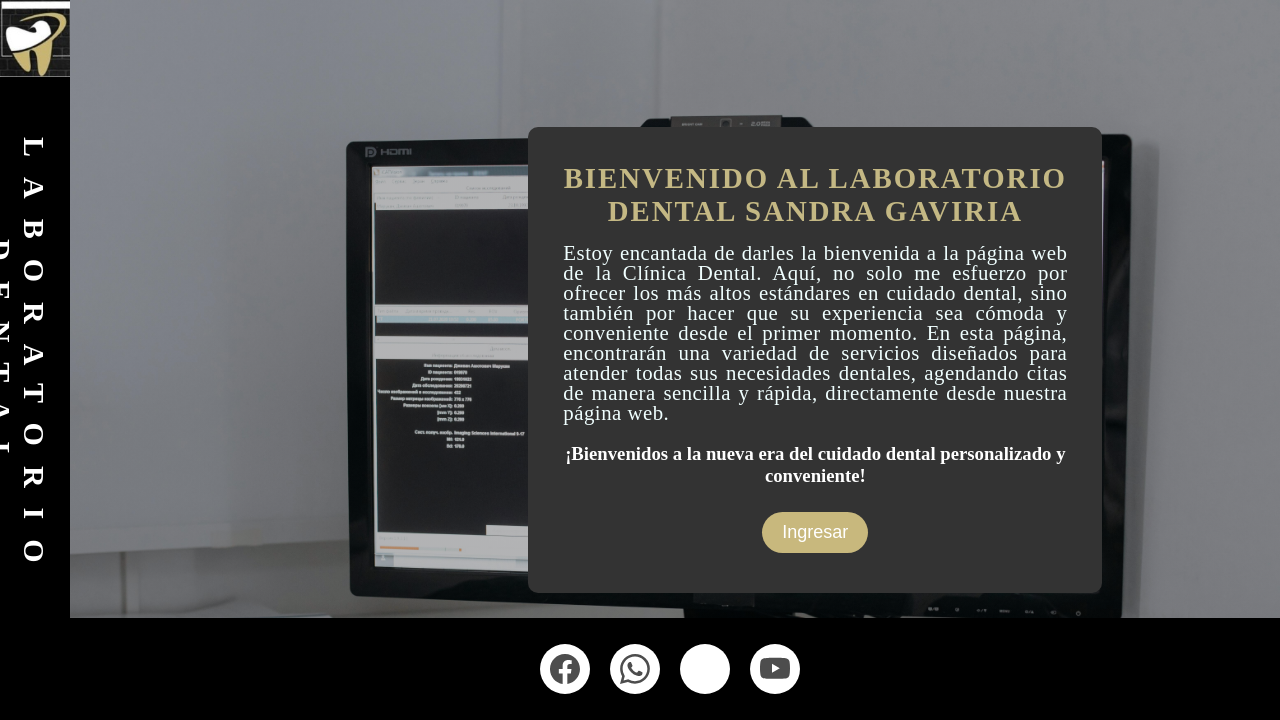
Repository: IIntef/ProyectoDental2.0
Page: Proyecto/Proyecto/Fer.html
The author's editor kept a copy of each file at every save. The page is drawn from the files as they stood at one save, then again after the next save.
The browser window is 1280 px wide. The pictures show the whole page.

Above is the page before, as saved 2024-06-20 16:43:27.

### Proyecto/Proyecto/Fer.html
<!DOCTYPE html>
<html lang="en">
<head>
    <meta charset="UTF-8">
    <meta name="viewport" content="width=device-width, initial-scale=1.0">
    <title>Inicio</title>
    <link rel="stylesheet" href="StyleFer.css">
<body>
    <header>
        <img src="Logo.jpeg" alt="Logo Laboratorio Dental">
        <h1>LABORATORIO DENTAL</h1>
    </header>
    <main>
        <div class="container">
            <h2>BIENVENIDO AL LABORATORIO DENTAL SANDRA GAVIRIA</h2>
            <p>Estoy encantada de darles la bienvenida a la página web de la Clínica Dental. Aquí, no solo me esfuerzo por ofrecer los más altos estándares
            en cuidado dental, sino también por hacer que su experiencia sea cómoda y conveniente desde el primer momento.
            En esta página, encontrarán una variedad de servicios diseñados para atender todas sus necesidades dentales, agendando citas de manera sencilla y rápida, directamente desde nuestra página web.</p>
            <h3>¡Bienvenidos a la nueva era del cuidado dental personalizado y conveniente!</h3>
            <div class="buttons">
                <button id="Ingresar">Ingresar</button>
            </div>
        </div>
    </main>
    <footer>
        <ul class="example-2">
            <li class="icon-content">
            <a
                href="https://www.facebook.com/profile.php?id=100042873386422&mibextid=ZbWKwL"
                aria-label="Facebook"
                data-social="Facebook">
                <div class="filled"></div>
                <svg xmlns="http://www.w3.org/2000/svg" width="16" height="16" fill="currentColor" class="bi bi-facebook" viewBox="0 0 16 16">
                    <path d="M16 8.049c0-4.446-3.582-8.05-8-8.05C3.58 0-.002 3.603-.002 8.05c0 4.017 2.926 7.347 6.75 7.951v-5.625h-2.03V8.05H6.75V6.275c0-2.017 1.195-3.131 3.022-3.131.876 0 1.791.157 1.791.157v1.98h-1.009c-.993 0-1.303.621-1.303 1.258v1.51h2.218l-.354 2.326H9.25V16c3.824-.604 6.75-3.934 6.75-7.951"/>
                </svg>
            </a>
            <div class="tooltip">Facebook</div>
            </li>
            <li class="icon-content">
            <a href="#" aria-label="Whatsapp" data-social="Whatsapp">
                <div class="filled"></div>
                <svg xmlns="http://www.w3.org/2000/svg" width="16" height="16" fill="currentColor" class="bi bi-whatsapp" viewBox="0 0 16 16">
                    <path d="M13.601 2.326A7.85 7.85 0 0 0 7.994 0C3.627 0 .068 3.558.064 7.926c0 1.399.366 2.76 1.057 3.965L0 16l4.204-1.102a7.9 7.9 0 0 0 3.79.965h.004c4.368 0 7.926-3.558 7.93-7.93A7.9 7.9 0 0 0 13.6 2.326zM7.994 14.521a6.6 6.6 0 0 1-3.356-.92l-.24-.144-2.494.654.666-2.433-.156-.251a6.56 6.56 0 0 1-1.007-3.505c0-3.626 2.957-6.584 6.591-6.584a6.56 6.56 0 0 1 4.66 1.931 6.56 6.56 0 0 1 1.928 4.66c-.004 3.639-2.961 6.592-6.592 6.592m3.615-4.934c-.197-.099-1.17-.578-1.353-.646-.182-.065-.315-.099-.445.099-.133.197-.513.646-.627.775-.114.133-.232.148-.43.05-.197-.1-.836-.308-1.592-.985-.59-.525-.985-1.175-1.103-1.372-.114-.198-.011-.304.088-.403.087-.088.197-.232.296-.346.1-.114.133-.198.198-.33.065-.134.034-.248-.015-.347-.05-.099-.445-1.076-.612-1.47-.16-.389-.323-.335-.445-.34-.114-.007-.247-.007-.38-.007a.73.73 0 0 0-.529.247c-.182.198-.691.677-.691 1.654s.71 1.916.81 2.049c.098.133 1.394 2.132 3.383 2.992.47.205.84.326 1.129.418.475.152.904.129 1.246.08.38-.058 1.171-.48 1.338-.943.164-.464.164-.86.114-.943-.049-.084-.182-.133-.38-.232"/>
                </svg>
            </a>
            <div class="tooltip">Whatsapp</div>
            </li>
            <li class="icon-content">
            <a
                href="https://maps.app.goo.gl/ANEuUgRV9diJPPBv7"
                aria-label="Mapa"
                data-social="Mapa">
                <div class="filled"></div>

            </a>
            <div class="tooltip">Mapa</div>
            </li>
            <li class="icon-content">
            <a href="https://youtube.com/" aria-label="Youtube" data-social="youtube">
                <div class="filled"></div>
                <svg
                xmlns="http://www.w3.org/2000/svg"
                width="16"
                height="16"
                fill="currentColor"
                class="bi bi-youtube"
                viewBox="0 0 16 16"
                xml:space="preserve">
                <path
                    d="M8.051 1.999h.089c.822.003 4.987.033 6.11.335a2.01 2.01 0 0 1 1.415 1.42c.101.38.172.883.22 1.402l.01.104.022.26.008.104c.065.914.073 1.77.074 1.957v.075c-.001.194-.01 1.108-.082 2.06l-.008.105-.009.104c-.05.572-.124 1.14-.235 1.558a2.01 2.01 0 0 1-1.415 1.42c-1.16.312-5.569.334-6.18.335h-.142c-.309 0-1.587-.006-2.927-.052l-.17-.006-.087-.004-.171-.007-.171-.007c-1.11-.049-2.167-.128-2.654-.26a2.01 2.01 0 0 1-1.415-1.419c-.111-.417-.185-.986-.235-1.558L.09 9.82l-.008-.104A31 31 0 0 1 0 7.68v-.123c.002-.215.01-.958.064-1.778l.007-.103.003-.052.008-.104.022-.26.01-.104c.048-.519.119-1.023.22-1.402a2.01 2.01 0 0 1 1.415-1.42c.487-.13 1.544-.21 2.654-.26l.17-.007.172-.006.086-.003.171-.007A100 100 0 0 1 7.858 2zM6.4 5.209v4.818l4.157-2.408z"
                    fill="currentColor"
                ></path>
                </svg>
            </a>
            <div class="tooltip">Youtube</div>
            </li>
        </ul>
    </footer>
</body>
</html>

### Proyecto/Proyecto/StyleFer.css
header{
    position: relative;
    background-color: #000000;
    width: fit-content;
    height: 100vh;
    display: flex;
    flex-direction: column;
    align-items: center;
    justify-content: space-between;
    z-index: 1;
}

header h1 {
        position: absolute;
        top: 0;
        bottom: 0;
        left: 0;
        right: 0;
        margin: 27%;
        writing-mode: vertical-rl;
        letter-spacing: 20px;
        font-size: 30px;
        transform: rotate(0deg);
        color: #fff;
        font-weight: bold;
    }


header img {
    width: 8vw;
    max-width: 70px;
}

main{
    width: 100%;
    justify-content:center;
    align-items: center;
    margin-left: calc(55% - 6.5cm);
}

.container{
    flex: 1;
    background-color: #333;
    color: #ffffff;
    padding: 35px;
    text-align: center;
    width: 70vw;
    max-width: 70vh;
    border-radius: 10px;
}
body {
    padding: 0;
    margin: 0;
    font-family: 'Times New Roman', Times, serif, Helvetica, Arial, sans-serif;
    display: flex;
    align-items: center;
    min-height: 100%;
    background: linear-gradient(rgba(5,7,12,0.3), rgba(5,7,12,0.3)), url("Fondo.jpg"), no-repeat center center fixed;
    width: 100%;
    background-size: cover;
}

h1{
    margin: 0;
    color: white;
    font-family: 'Fredoka One', cursive;
    letter-spacing: 2px;
    font-size: clamp(1.5rem, 2.5vw, 2rem);
    text-align: center;
}

h2{
    margin: 0;
    color: #c4b884;
    font-family: 'Fredoka One';
    letter-spacing: 2px;
    font-size: clamp(1.2rem, 2.5vw, 1.8rem);
    text-align:center;
}

h3{
    color: #ffffff;
}

p{
    font-weight: 100;
    line-height: 20px;
    letter-spacing: 0.5px;
    margin: 15px 0 20px;
    font-size: clamp(1.2rem, 2.5vw, 1.3rem);
    text-align: justify;
    color:azure;
}


.buttons {
    margin-top: 20px;
    align-items: center;
}

button {
    font-size: large;
    background-color: #c8b87d;
    color: #ffffff;
    border: none;
    padding: 10px 20px;
    margin: 5px;
    cursor: pointer;
    border-radius: 30px; /* Bordes redondos */
    transition: background-color 0.3s; /* Transición suave del color de fondo */
}

button:hover {
    background-color: #c4b884; /* Cambia el color al pasar el cursor */
}

footer{
    position: fixed; /* Fijar el pie de página */
    bottom: 0; /* Alinearlo al fondo */
    left: 0; /* Alinearlo a la izquierda */
    width: 100%; /* Ocupar todo el ancho */
    background-color: #000000; /* Color de fondo */
    padding: 10px; /* Espaciado interior */
    text-align: right; /* Alinear contenido a la derecha */
    color: #ffffff; /* Color del texto */
}
h6{
    text-align: center;
    letter-spacing: 0cap;
}

footer img {
    width: 8vw;
    max-width: 70px;
}

iframe img{
    width: 8vw;
    max-width: 70px;
}

ul {
    list-style: none;
}

.example-2 {
    display: flex;
    justify-content: center;
    align-items: center;
}

.example-2 .icon-content {
    margin: 0 10px;
    position: relative;
}
.example-2 .icon-content .tooltip {
    position: absolute;
    top: -30px;
    left: 50%;
    transform: translateX(-50%);
    color: #fff;
    padding: 6px 10px;
    border-radius: 5px;
    opacity: 0;
    visibility: hidden;
    font-size: 14px;
    transition: all 0.3s ease;
}

.example-2 .icon-content:hover .tooltip {
    opacity: 1;
    visibility: visible;
    top: -50px;
}
.example-2 .icon-content a {
    position: relative;
    overflow: hidden;
    display: flex;
    justify-content: center;
    align-items: center;
    width: 50px;
    height: 50px;
    border-radius: 50%;
    color: #4d4d4d;
    background-color: #fff;
    transition: all 0.3s ease-in-out;
}

.example-2 .icon-content a:hover {
    box-shadow: 3px 2px 45px 0px rgb(0 0 0 / 12%);
}

.example-2 .icon-content a svg {
    position: relative;
    z-index: 1;
    width: 30px;
    height: 30px;
}

.example-2 .icon-content a:hover {
    color: white;
}

.example-2 .icon-content a .filled {
    position: absolute;
    top: auto;
    bottom: 0;
    left: 0;
    width: 100%;
    height: 0;
    background-color: #000;
    transition: all 0.3s ease-in-out;
}

.example-2 .icon-content a:hover .filled {
    height: 100%;
}

.example-2 .icon-content a[data-social="Facebook"] .filled,
.example-2 .icon-content a[data-social="Facebook"] ~ .tooltip {
    background-color: #142fcc;
}

.example-2 .icon-content a[data-social="Whatsapp"] .filled,
.example-2 .icon-content a[data-social="Whatsapp"] ~ .tooltip {
    background-color: #37943c;
}
.example-2 .icon-content a[data-social="Mapa"] .filled,
.example-2 .icon-content a[data-social="Mapa"] ~ .tooltip {
    background: linear-gradient(
    45deg,
    #405de6,
    #5b51db,
    #b33ab4,
    #c135b4,
    #e1306c,
    #fd1f1f
    );
}
.example-2 .icon-content a[data-social="youtube"] .filled,
.example-2 .icon-content a[data-social="youtube"] ~ .tooltip {
    background-color: #ff0000;
}

After the next save:
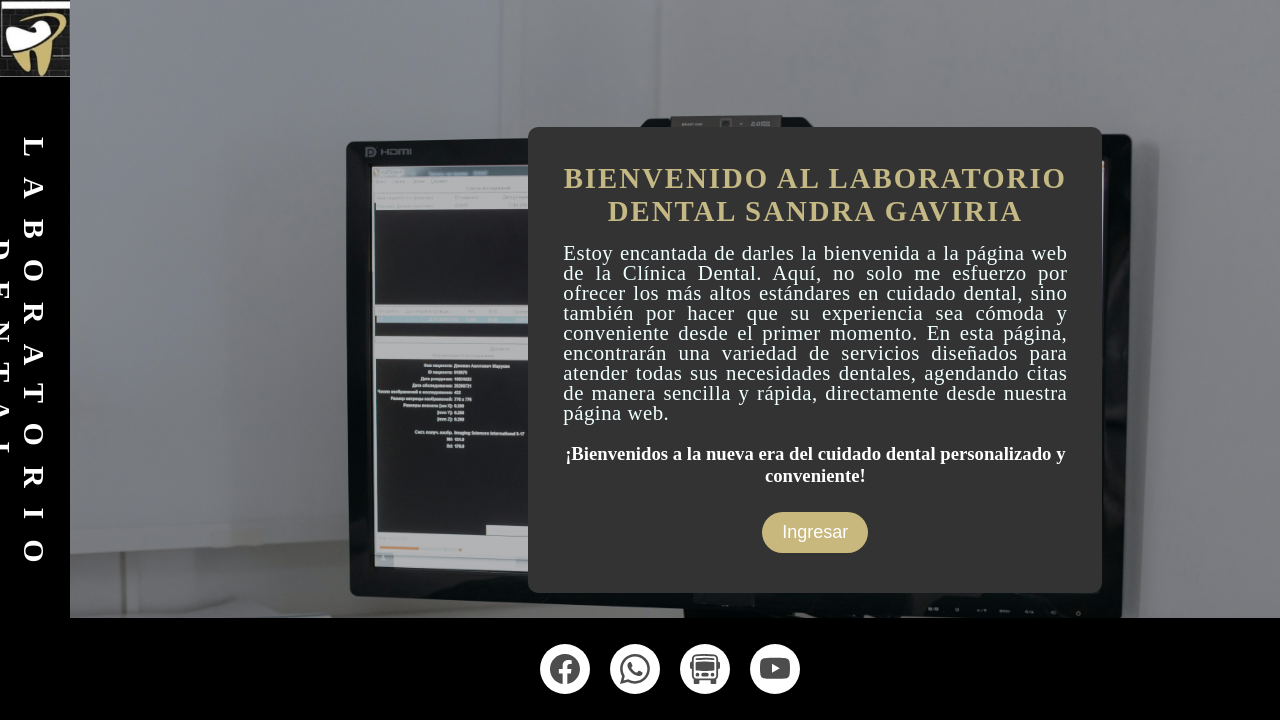
Saved 16 s later.
--- a/Proyecto/Proyecto/Fer.html
+++ b/Proyecto/Proyecto/Fer.html
@@ -51,7 +51,10 @@
                 aria-label="Mapa"
                 data-social="Mapa">
                 <div class="filled"></div>
-
+                <svg xmlns="http://www.w3.org/2000/svg" width="16" height="16" fill="currentColor" class="bi bi-bus-front" viewBox="0 0 16 16">
+                    <path d="M5 11a1 1 0 1 1-2 0 1 1 0 0 1 2 0m8 0a1 1 0 1 1-2 0 1 1 0 0 1 2 0m-6-1a1 1 0 1 0 0 2h2a1 1 0 1 0 0-2zm1-6c-1.876 0-3.426.109-4.552.226A.5.5 0 0 0 3 4.723v3.554a.5.5 0 0 0 .448.497C4.574 8.891 6.124 9 8 9s3.426-.109 4.552-.226A.5.5 0 0 0 13 8.277V4.723a.5.5 0 0 0-.448-.497A44 44 0 0 0 8 4m0-1c-1.837 0-3.353.107-4.448.22a.5.5 0 1 1-.104-.994A44 44 0 0 1 8 2c1.876 0 3.426.109 4.552.226a.5.5 0 1 1-.104.994A43 43 0 0 0 8 3"/>
+                    <path d="M15 8a1 1 0 0 0 1-1V5a1 1 0 0 0-1-1V2.64c0-1.188-.845-2.232-2.064-2.372A44 44 0 0 0 8 0C5.9 0 4.208.136 3.064.268 1.845.408 1 1.452 1 2.64V4a1 1 0 0 0-1 1v2a1 1 0 0 0 1 1v3.5c0 .818.393 1.544 1 2v2a.5.5 0 0 0 .5.5h2a.5.5 0 0 0 .5-.5V14h6v1.5a.5.5 0 0 0 .5.5h2a.5.5 0 0 0 .5-.5v-2c.607-.456 1-1.182 1-2zM8 1c2.056 0 3.71.134 4.822.261.676.078 1.178.66 1.178 1.379v8.86a1.5 1.5 0 0 1-1.5 1.5h-9A1.5 1.5 0 0 1 2 11.5V2.64c0-.72.502-1.301 1.178-1.379A43 43 0 0 1 8 1"/>
+                </svg>
             </a>
             <div class="tooltip">Mapa</div>
             </li>
